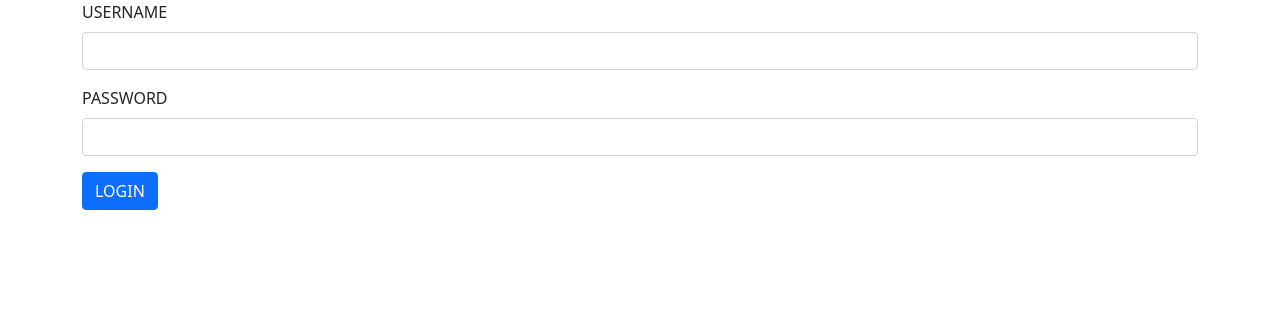
Repository: dilaraozdem1r/BooksApp
Page: /admin
The author's editor kept a copy of each file at every save. The page is drawn from the files as they stood at one save, then again after the next save.
The browser window is 1280 px wide. The pictures show the whole page.
The page's requests for data from a server got no answer. The project was rebuilt for these pictures with package versions that can differ from the ones it lists, and the page was loaded fresh each time. No one was signed in, and anything a server would have sent is missing. Also part of the build but not shown: src/Components/BookList.js, src/Components/SearchBar.js.

Above is the page before, as saved 2021-08-20 14:22:46.

After the next save:
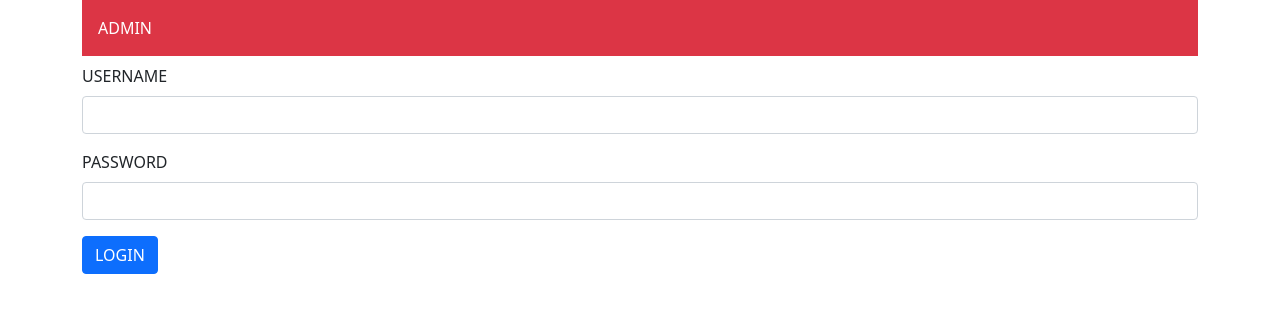
Saved 4 min 3 s later.
--- a/src/Components/Admin.js
+++ b/src/Components/Admin.js
@@ -8,6 +8,7 @@ class Admin extends React.Component {
             <Router>
                 <Switch>
                 <div className="container h-100">
+                <div class="p-3 mb-2 bg-danger text-white">ADMIN</div>
                 <form>
   <div class="mb-3">
     <label for="exampleInputEmail1" class="form-label">USERNAME</label>
